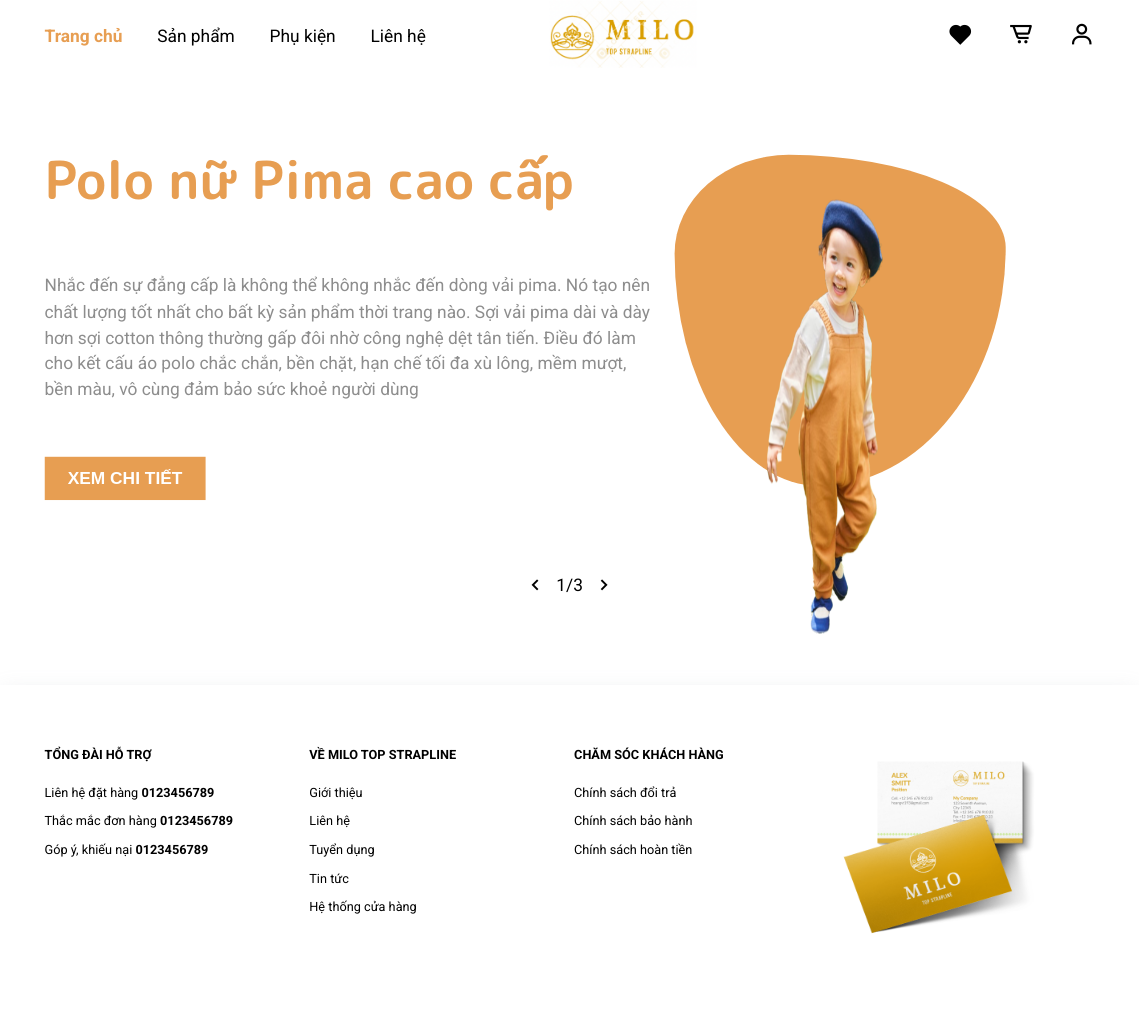
Repository: QuyHoang99k/shop
Page: /
The author's editor kept a copy of each file at every save. The page is drawn from the files as they stood at one save, then again after a run of saves.
The browser window is 1280 px wide. The pictures show the whole page, at 89% of full size.
The project was rebuilt for these pictures with package versions that can differ from the ones it lists, and the page was loaded fresh each time. Also part of the build but not shown: src/pages/Catalog.jsx, src/pages/Cart.jsx, src/pages/Product.jsx.

Above is the page before, as saved 2021-10-18 21:29:16.

### src/sass/index.scss
@import "./_variables.scss";
@import "./mixins";
@import "./_base.scss";

@import "./components/header";
@import "./components/footer";
@import "./components/hero-slider";
@import "./components/button";
@import "./components//section";

### src/components/Layout.jsx
import React from 'react'

import { BrowserRouter, Route } from 'react-router-dom'

import Header from './Header'
import Footer from './Footer'

import Routes from '../routes/Routes'

const Layout = () => {
    return (
        <BrowserRouter>
            <Route render={props => (
                <div>
                    <Header {...props}/>
                    <div className="container">
                        <div className="main">
                            <Routes/>
                        </div>
                    </div>
                    <Footer/>
                </div>
            )}/>
        </BrowserRouter>
    )
}

export default Layout

### src/sass/_variables.scss
$main-bg: #fff;
$main-color: #E79E52;

$txt-main-color: #000;
$txt-second-color:#8d8d8d;
$txt-white:#fff;

$btn-main-bg: $main-color;
$btn-main-color:#fff;

$header-height:80px;
$header-tablet-height:70px;
$header-mobile-height:40px;
$header-shrink-height:70px;

$box-shadow: rgba(149,157,165,0.2) 0px 8px 24px;

$colors:(
  "blue":#E79E52,
  "orange":#E0D3E9,
  "pink":#C19D71,
  "white":#fff,
  "black":#000,
  "main":$main-color

);
$mobile-width: 600px;
$tablet-width:1024px;

$numbers: (0,1,2,3,4,5,6,7,8);

### src/sass/_mixins.scss
@mixin flex ($align-item, $justify-content) {
    display: flex;
    align-items: $align-item;
    justify-content: $justify-content;
}
@mixin mobile {
    @media only screen and (max-width: $mobile-width){
        @content;
    }
}
@mixin tablet {
    @media only screen and (max-width: $tablet-width){
        @content;
    }
}

### src/sass/_base.scss
@import url("https://fonts.googleapis.com/css2?family=M+PLUS+Rounded+1c:wght@100;300;400;500;700;800;900&family=Roboto:ital,wght@0,100;0,300;0,400;0,500;0,700;0,900;1,100;1,300;1,400;1,500;1,700;1,900&display=swap");

@import url("https://fonts.googleapis.com/css2?family=M+PLUS+Rounded+1c:wght@100;300;400;500;700;800;900&family=Roboto:ital,wght@0,100;0,300;0,400;0,500;0,700;0,900;1,100;1,300;1,400;1,500;1,700;1,900&display=swap");

* {
    padding: 0;
    margin: 0;
    box-sizing: border-box;
    -webkit-tap-highlight-color: transparent;
    user-select: none;
}

html {
    font-size: 13px;
}

body {
    font-family: "Roboto", sans-serif;
}

ul {
    list-style-type: none;
}

a {
    text-decoration: none;
    color: unset;
}

a:hover {
    color: $main-color;
}

img {
    max-width: 100%;
}

@each $color, $val in $colors {
    .color-#{$color} {
        color: $val;
    }

    .bg-#{$color} {
        background-color: $val;
    }
}

@each $val in $numbers {
    .grid-col-#{$val} {
        grid-template-columns: repeat($val, 1fr);
    }
}

@each $val in $numbers {
    .grid-col-md-#{$val} {
        @include tablet {
            grid-template-columns: repeat($val, 1fr);
        }
    }
}

@each $val in $numbers {
    .grid-col-sm-#{$val} {
        @include mobile {
            grid-template-columns: repeat($val, 1fr);
        }
    }
}

.container {
    width: 100%;
    max-width: 1620px;
    padding: 0 50px;
    margin: auto;

    @include tablet {
        padding: 0 20px;
    }

    @include mobile {
        padding: 0 10px;
    }
}

.main {
    margin-top: $header-height;
    margin-bottom: 2rem;
    min-height: 100vh;

    @include tablet {
        margin-top: calc(#{$header-tablet-height} + 20px);
    }

    @include mobile {
        margin-top: calc(#{$header-mobile-height} + 10px);
    }
}

.grid {
    display: grid;
}

### src/sass/components/_header.scss
.header {
    background-color: $main-bg;
    position: fixed;
    top: 0;
    left: 0;
    width: 100%;
    z-index: 100;
    height: $header-height;
    transition: height 0.3s ease;

    @include tablet {
        height: $header-tablet-height;
        box-shadow: $box-shadow;
    }

    @include mobile {
        height: $header-mobile-height;
    }

    .container {
        height: 100%;
    }

    &.shrink {
        height: $header-shrink-height;
        box-shadow: $box-shadow;
        z-index: 100;

        @include mobile {
            height: $header-mobile-height;
        }
    }

    &__logo {
        @include flex(center, center);
        position: absolute;
        inset: 0;
        pointer-events: none;

        img {
            height: 75px;
            margin-left: 120px;
            @include tablet {
                height: 50px;
            }
            @include mobile {
                height: 38px;
                margin-left: 0px;
            }
        }
    }

    &__menu {
        @include flex(center, space-between);
        height: 100%;
        font-size: 1.5rem;

        &__item ~ &__item {
            margin-left: 39px;

            @include tablet {
                margin-left: 20px;
            }

            @include mobile {
                margin-left: 10px;
            }
        }

        &__item.active {
            font-weight: 600;
            color: $main-color;
        }

        &__item:hover {
            color: $main-color;
        }

        &__left,
        &__right {
            @include flex(center, center);
            height: 100%;
        }

        &__right {
            font-size: 2.25rem;

            &__item {
                @include flex(center, center);

                @include tablet {
                    margin-left: 10px;
                }
            }

            @include mobile {
                font-size: 1.5rem;
            }
        }

        &__left {
            &__close {
                display: none;
            }

            @include tablet {
                flex-direction: column;
                background-color: $main-bg;
                position: absolute;
                left: 0;
                top: 0;
                width: 100%;
                height: 100vh;
                justify-content: flex-start;
                padding-top: 30px;
                transform: translateX(-100%);
                transition: transform 0.5s ease;

                &.active {
                    transform: translateX(0);
                }

                &__item ~ &__item {
                    margin-left: unset;
                    margin-top: 20px;
                }

                &__close {
                    display: block;
                    position: absolute;
                    left: 20px;
                    font-size: 2.5rem;
                }
            }
        }

        &__mobile-toggle {
            display: none;

            @include tablet {
                display: block;
                font-size: 2.5rem;
            }
        }
    }
}

### src/sass/components/_footer.scss
.footer{
    padding: 70px 0;
    box-shadow: $box-shadow;
    font-size: 1.1rem;
    &__logo{
        height: 220px;
        width: 220px;
    }

    &__about{
        p{
            margin-bottom: 2rem;
        }
    }
    &__title{
        text-transform: uppercase;
        margin-bottom: 2rem;
        font-weight: 600;
    }
    &__content {
        p {
            margin-bottom: 1.25rem;
        }
    }
}

### src/sass/components/_button.scss
.btn {
    border: 0;
    outline: 0;
    color: $btn-main-color;
    font-size: 1.5rem;
    font-weight: 600;
    text-transform: uppercase;
    cursor: pointer;
    overflow: hidden;
    position: relative;

    @include mobile {
        font-size: 1rem;
    }

    &__txt,
    &__icon {
        display: block;
        transition: transform 0.5s ease;
    }

    &__txt {
        padding: 1rem 2rem;
    }

    &__icon {
        @include flex(center, center);
        font-size: 2rem;
        position: absolute;
        left: 0;
        top: 0;
        height: 100%;
        width: 100%;
        transform: translateX(-100%);
    }

    &-animate:hover &__txt {
        transform: translateX(100%);
    }

    &-animate:hover &__icon {
        transform: translateX(0);
    }

    &-sm {
        font-size: 1rem;
    }

    &-sm &__txt {
        padding: 0.7rem 1.5rem;
    }
}

### src/sass/components/_section.scss
.section{
    margin-bottom: 80px;
    & > * ~ * {
        margin-bottom: 70px;
    }
}

### src/components/Header.jsx
import React, { useRef, useEffect } from 'react'
import { Link, useLocation } from 'react-router-dom'

import logo from '../assets/images/Logo-2.png'

const mainNav = [
    {
        display: "Trang chủ",
        path: "/"
    },
    {
        display: "Sản phẩm",
        path: "/catalog"
    },
    {
        display: "Phụ kiện",
        path: "/accessories"
    },
    {
        display: "Liên hệ",
        path: "/contact"
    }
]

const Header = () => {

    const { pathname } = useLocation()
    const activeNav = mainNav.findIndex(e => e.path === pathname)

    const headerRef = useRef(null)

    useEffect(() => {
        window.addEventListener("scroll", () => {
            if (document.body.scrollTop > 80 || document.documentElement.scrollTop > 80) {
                headerRef.current.classList.add('shrink')
            } else {
                headerRef.current.classList.remove('shrink')
            }
        })
        return () => {
            window.removeEventListener("scroll")
        };
    }, []);

    const menuLeft = useRef(null)

    const menuToggle = () => menuLeft.current.classList.toggle('active')

    return (
        <div className="header" ref={headerRef}>
            <div className="container">
                <div className="header__logo">
                    <Link to="/">
                        <img src={logo} alt="" />
                    </Link>
                </div>
                <div className="header__menu">
                    <div className="header__menu__mobile-toggle" onClick={menuToggle}>
                        <i className='bx bx-menu-alt-left'></i>
                    </div>
                    <div className="header__menu__left" ref={menuLeft}>
                        <div className="header__menu__left__close" onClick={menuToggle}>
                            <i className='bx bx-chevron-left'></i>
                        </div>
                        {
                            mainNav.map((item, index) => (
                                <div
                                    key={index}
                                    className={`header__menu__item header__menu__left__item ${index === activeNav ? 'active' : ''}`}
                                    onClick={menuToggle}
                                >
                                    <Link to={item.path}>
                                        <span>{item.display}</span>
                                    </Link>
                                </div>
                            ))
                        }
                    </div>
                    <div className="header__menu__right">
                        <div className="header__menu__item header__menu__right__item">
                        <i className='bx bxs-heart'></i>
                        </div>
                        <div className="header__menu__item header__menu__right__item">
                            <Link to="/cart">
                            <i class='bx bx-cart-alt'></i>
                            </Link>
                        </div>
                        <div className="header__menu__item header__menu__right__item">
                            <i className="bx bx-user"></i>
                        </div>
                    </div>
                </div>
            </div>
        </div>
    )
}

export default Header

### src/components/Footer.jsx
import React from 'react'

import { Link } from 'react-router-dom'

import Grid from './Grid'

import logo from '../assets/images/logo-footer.png'

const footerAboutLinks = [
    {
        display: "Giới thiệu",
        path: "/about"
    },
    {
        display: "Liên hệ",
        path: "/about"
    },
    {
        display: "Tuyển dụng",
        path: "/about"
    },
    {
        display: "Tin tức",
        path: "/about"
    },
    {
        display: "Hệ thống cửa hàng",
        path: "/about"
    }
]

const footerCustomerLinks = [
    {
        display: "Chính sách đổi trả",
        path: "/about"
    },
    {
        display: "Chính sách bảo hành",
        path: "/about"
    },
    {
        display: "Chính sách hoàn tiền",
        path: "/about"
    }
]
const Footer = () => {
    return (
        <footer className="footer">
            <div className="container">
                <Grid
                    col={4}
                    mdCol={2}
                    smCol={1}
                    gap={10}
                >
                    <div>
                        <div className="footer__title">
                            Tổng đài hỗ trợ
                        </div>
                        <div className="footer__content">
                            <p>
                                Liên hệ đặt hàng <strong>0123456789</strong>
                            </p>
                            <p>
                                Thắc mắc đơn hàng <strong>0123456789</strong>
                            </p>
                            <p>
                                Góp ý, khiếu nại <strong>0123456789</strong>
                            </p>
                        </div>
                    </div>
                    <div>
                        <div className="footer__title">
                            Về Milo Top strapline
                        </div>
                        <div className="footer__content">
                            {
                                footerAboutLinks.map((item, index) => (
                                    <p key={index}>
                                        <Link to={item.path}>
                                            {item.display}
                                        </Link>
                                    </p>
                                ))
                            }
                        </div>
                    </div>
                    <div>
                        <div className="footer__title">
                            Chăm sóc khách hàng
                        </div>
                        <div className="footer__content">
                            {
                                footerCustomerLinks.map((item, index) => (
                                    <p key={index}>
                                        <Link to={item.path}>
                                            {item.display}
                                        </Link>
                                    </p>
                                ))
                            }
                        </div>
                    </div>
                    <div className="footer__about">
                        <p>
                            <Link to="/">
                                <img src={logo} className="footer__logo" alt="" />
                            </Link>
                        </p>

                    </div>
                </Grid>
            </div>
        </footer>
    )
}

export default Footer

### src/routes/Routes.jsx
/* eslint-disable no-unused-vars */
import React from 'react'
import { Route,Switch } from 'react-router'

import Home from '../pages/Home'
import Catalog from '../pages/Catalog'
import Cart from '../pages/Cart'
import Product from '../pages/Product'



const Routes = () => {
  return (
    <Switch>
      <Route path='/' exact component ={Home}/>
      <Route path='/catalog/:slug' exact component ={Product}/>
      <Route path='/catalog' exact component ={Catalog}/>
      <Route path='/cart' exact component ={Cart}/>
    </Switch>
  )
}

export default Routes

### src/components/Grid.jsx
import React from 'react'
import PropTypes from 'prop-types'

const Grid = props => {

    const style = {
        gap: props.gap ? `${props.gap}px` : '0'
    }

    const col = props.col ? `grid-col-${props.col}` : ''
    const mdCol = props.mdCol ? `grid-col-md-${props.mdCol}` : ''
    const smCol = props.smCol ? `grid-col-sm-${props.smCol}` : ''

    return (
        <div className={`grid ${col} ${mdCol} ${smCol}`} style={style}>
            {props.children}
        </div>
    )
}


Grid.propTypes = {
    col: PropTypes.number.isRequired,
    mdCol: PropTypes.number,
    smCol: PropTypes.number,
    gap: PropTypes.number
}

export default Grid

### src/pages/Home.jsx
import React from 'react'
import Helmet from '../components/Helmet'
import HeroSlider from '../components/HeroSlider'
import heroSliderData from '../assets/fake-data/hero-slider'

const Home = () => {
  return (
    <Helmet title="Trang chủ">
      {/* slider */}
        <HeroSlider data={heroSliderData}
        control={true}
        // auto={true}
        timeOut={5000}
        />

      {/* end slider */}
      {/* policy section */}
    </Helmet>
  )
}

export default Home

### src/components/Helmet.jsx
import React from 'react'
import PropTypes from 'prop-types'

const Helmet = props => {

    document.title = 'Milo - ' + props.title
    return (
        <div>
            {props.children}
        </div>
    )
}

Helmet.propTypes = {
    title:PropTypes.string.isRequired
}

export default Helmet

### src/components/HeroSlider.jsx
import React, { useEffect, useState, useCallback } from 'react'
import PropTypes from 'prop-types'
import { Link } from 'react-router-dom'

import Button from './Button'

const HeroSlider = props => {

    const data = props.data

    const timeOut = props.timeOut ? props.timeOut : 3000

    const [activeSlide, setActiveSlide] = useState(0);

    const nextSlide = useCallback(
        () => {
            const index = activeSlide + 1 === data.length ? 0 : activeSlide + 1
            setActiveSlide(index)
        },
        [activeSlide, data],
    )

    const prevSlide = () => {
        const index = activeSlide - 1 < 0 ? data.length - 1 : activeSlide - 1
        setActiveSlide(index)
    }

    useEffect(() => {
        if (props.auto) {
            const slideAuto = setInterval(() => {
                nextSlide()
            }, timeOut);
            return () => {
                clearInterval(slideAuto)
            }
        }
    }, [nextSlide, timeOut, props])

    return (
        <div className="hero-slider">
            {
                data.map((item, index) => (
                    <HeroSliderItem key={index} item={item} active={index === activeSlide}/>
                ))
            }
            {
                props.control ? (
                    <div className="hero-slider__control">
                        <div className="hero-slider__control__item" onClick={prevSlide}>
                            <i className="bx bx-chevron-left"></i>
                        </div>
                        <div className="hero-slider__control__item">
                            <div className="index">
                                {activeSlide + 1}/{data.length}
                            </div>
                        </div>
                        <div className="hero-slider__control__item" onClick={nextSlide}>
                            <i className="bx bx-chevron-right"></i>
                        </div>
                    </div>
                ) : null
            }
        </div>
    )
}

HeroSlider.propTypes = {
    data: PropTypes.array.isRequired,
    control: PropTypes.bool,
    auto: PropTypes.bool,
    timeOut: PropTypes.number
}

const HeroSliderItem = props => (
    <div className={`hero-slider__item ${props.active ? 'active' : ''}`}>
        <div className="hero-slider__item__info">
            <div className={`hero-slider__item__info__title color-${props.item.color}`}>
                <span>{props.item.title}</span>
            </div>
            <div className="hero-slider__item__info__description">
                <span>{props.item.description}</span>
            </div>
            <div className="hero-slider__item__info__btn">
                <Link to={props.item.path}>
                    <Button
                        backgroundColor={props.item.color}
                        icon="bx bx-cart"
                        animate={true}
                    >
                        xem chi tiết
                    </Button>
                </Link>
            </div>
        </div>
        <div className="hero-slider__item__image">
            <div className={`shape bg-${props.item.color}`}></div>
            <img src={props.item.img} alt="" />
        </div>
    </div>
)

export default HeroSlider

### src/components/Button.jsx
import React from 'react'
import PropTypes from 'prop-types'

const Button = props => {

    const bg = props.backgroundColor ? 'bg-' + props.backgroundColor : 'bg-main'

    const size = props.size ? 'btn-' + props.size : ''

    const animate = props.animate ? 'btn-animate' : ''

    return (
        <button
            className={`btn ${bg} ${size} ${animate}`}
            onClick={props.onClick ? () => props.onClick() : null}
        >
            <span className="btn__txt">{props.children}</span>
            {
                props.icon ? (
                    <span className="btn__icon">
                        <i className={`${props.icon} bx-tada`}></i>
                    </span>
                ) : null
            }
        </button>
    )
}

Button.propTypes = {
    backgroundColor: PropTypes.string,
    size: PropTypes.string,
    icon: PropTypes.string,
    animate: PropTypes.bool,
    onclick: PropTypes.func
}

export default Button

Loaded but not shown: public/index.html (common file); src/reportWebVitals.js (common file); src/assets/boxicons-2.0.7/css/boxicons.min.css (library); src/components/Section.jsx (common file); src/assets/fake-data/hero-slider.js (29 lines, source omitted); src/index.js (22 lines, source omitted); src/sass/components/_hero-slider.scss (210 lines, source omitted)

After the next 2 saves:
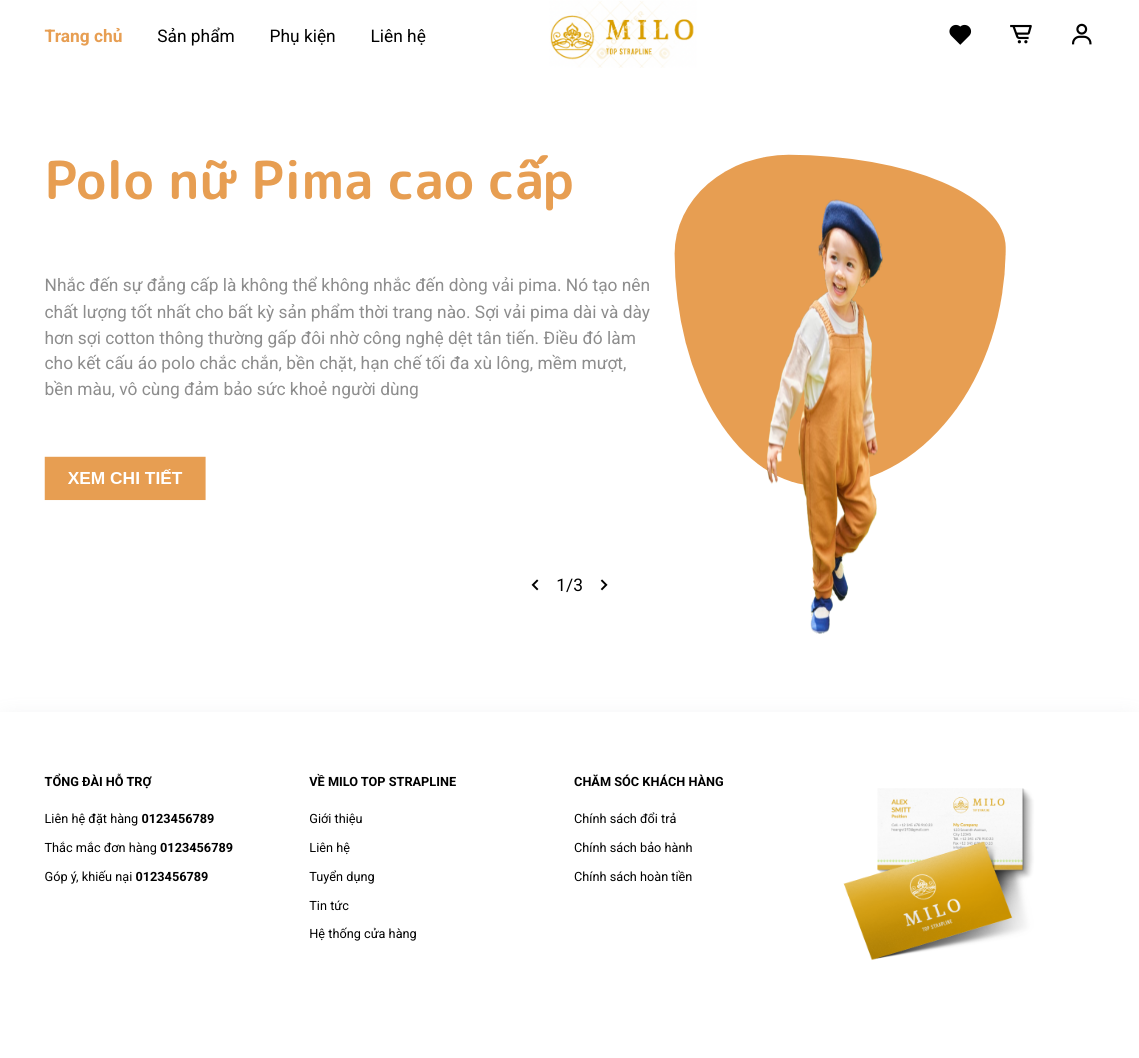
The 2 saves are shown as one change because 1 did not build or start.
The last was saved 49 s later.
--- a/src/pages/Home.jsx
+++ b/src/pages/Home.jsx
@@ -2,6 +2,7 @@
 import Helmet from '../components/Helmet'
 import HeroSlider from '../components/HeroSlider'
 import heroSliderData from '../assets/fake-data/hero-slider'
+import Section, {SectionBody,SectionTitle} from '../components/Section'
 
 const Home = () => {
   return (
@@ -15,6 +16,10 @@
 
       {/* end slider */}
       {/* policy section */}
+      <Section>
+
+      </Section>
+      {/* end policy section */}
     </Helmet>
   )
 }
